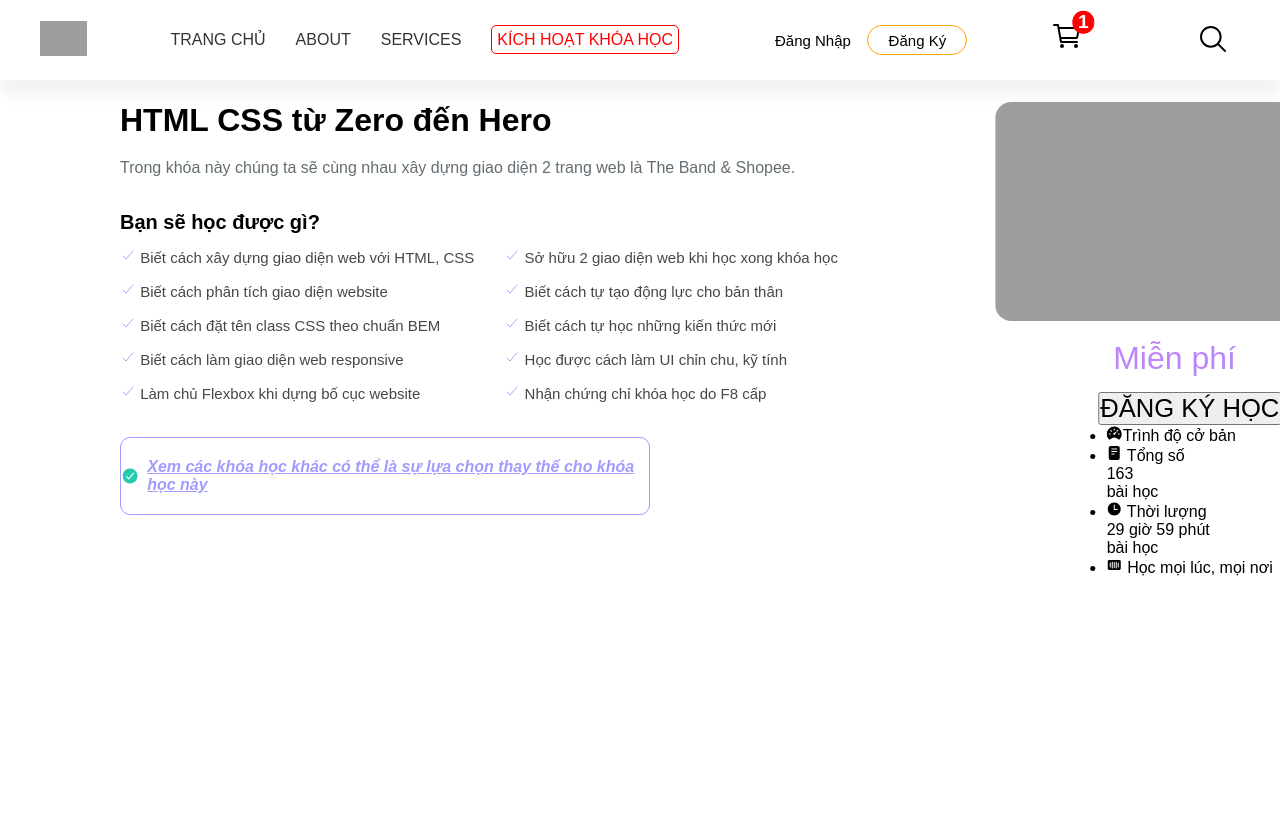
Repository: hoanghuuphuc/hoanghuuphuc
Page: details.html
An editor plug-in stored every save of this project. The page is shown before and after the next save, followed by the edit.
The browser window is 1280 px wide. The pictures show the whole page.
Pictures or frames that could not be fetched are drawn as grey boxes.

Above is the page before, as saved 2022-12-11 22:23:31.
Console error: TypeError: Cannot read properties of null (reading 'addEventListener')

### details.html
<!DOCTYPE html>
<html lang="en">
  <head>
    <meta charset="UTF-8" />
    <meta http-equiv="X-UA-Compatible" content="IE=edge" />
    <meta name="viewport" content="width=device-width, initial-scale=1.0" />
    <title>Product-Details</title>
    <link rel="stylesheet" href="./style.css" />
    <link rel="stylesheet" href="./rps_mobile.css" />
    <link rel="preconnect" href="https://fonts.gstatic.com" />
  </head>
  <body>
    <header>
      <div class="logo">
        <a href="">
          <img id="img" src="./Img/logene.jfif" alt="" />
        </a>
      </div>
      <div class="group">
        <ul class="navigation">
          <li><a href="">Trang Chủ</a></li>
          <li><a href="">About</a></li>
          <li><a href="">Services</a></li>
          <li><a id="active" href="">Kích Hoạt Khóa Học</a></li>
        </ul>
      </div>
      <div class="User">
        <div class="but">
          <button>Đăng Nhập</button>
          <button>Đăng Ký</button>
        </div>
      </div>
      <div class="icons">
        <ion-icon name="cart-outline"></ion-icon>
        <span>1</span>
      </div>
      <div class="search">
        <span class="icon">
          <ion-icon name="search-outline" class="searchBtn"></ion-icon>
          <ion-icon name="close-outline" class="closeBtn"></ion-icon>
        </span>
      </div>
      <ion-icon name="menu-outline" class="menuToggle"></ion-icon>
      <div class="searchBox">
        <input type="text" placeholder="Search here . . ." />
      </div>
    </header>
    <div class="details-section">
      <div class="details-left">
        <div class="details-left-name">
          <h1>HTML CSS từ Zero đến Hero</h1>
          <span
            >Trong khóa này chúng ta sẽ cùng nhau xây dựng giao diện 2 trang web
            là The Band & Shopee.</span
          >
        </div>
        <span class="bonus">Bạn sẽ học được gì?</span>
        <div class="details-left-content">
          <ul>
            <li>
              <ion-icon name="checkmark-outline"></ion-icon>
              Biết cách xây dựng giao diện web với HTML, CSS
            </li>
            <li>
              <ion-icon name="checkmark-outline"></ion-icon>
              Biết cách phân tích giao diện website
            </li>
            <li>
              <ion-icon name="checkmark-outline"></ion-icon>
              Biết cách đặt tên class CSS theo chuẩn BEM
            </li>
            <li>
              <ion-icon name="checkmark-outline"></ion-icon>
              Biết cách làm giao diện web responsive
            </li>
            <li>
              <ion-icon name="checkmark-outline"></ion-icon>
              Làm chủ Flexbox khi dựng bố cục website
            </li>
          </ul>
          <ul>
            <li>
              <ion-icon name="checkmark-outline"></ion-icon>
              Sở hữu 2 giao diện web khi học xong khóa học
            </li>
            <li>
              <ion-icon name="checkmark-outline"></ion-icon>
              Biết cách tự tạo động lực cho bản thân
            </li>
            <li>
              <ion-icon name="checkmark-outline"></ion-icon>
              Biết cách tự học những kiến thức mới
            </li>
            <li>
              <ion-icon name="checkmark-outline"></ion-icon>
              Học được cách làm UI chỉn chu, kỹ tính
            </li>
            <li>
              <ion-icon name="checkmark-outline"></ion-icon>
              Nhận chứng chỉ khóa học do F8 cấp
            </li>
          </ul>
        </div>
        <div class="details-left-tag">
          <ion-icon name="checkmark-circle"></ion-icon>
          <a href="#">
            Xem các khóa học khác có thể là sự lựa chọn thay thế cho khóa học
            này
          </a>
        </div>
      </div>
      <div class="details-right">
        <div class="details-right-video">
          <iframe
            width="389"
            height="219"
            src="https://www.youtube.com/embed/YTDHcEJs684"
            title="YouTube video player"
            frameborder="0"
            allow="accelerometer; autoplay; clipboard-write; encrypted-media; gyroscope; picture-in-picture"
            allowfullscreen></iframe>
        </div>
        <div class="details-right-content1">
          <span>Miễn phí</span>
          <button>ĐĂNG KÝ HỌC</button>
        </div>
        <div class="details-right-content2">
          <ul>
            <li>
              <ion-icon name="speedometer"></ion-icon
              ><span>Trình độ cở bản</span>
            </li>
            <li>
              <ion-icon name="reader"></ion-icon>
              <span
                >Tổng số
                <p>163</p>
                bài học</span
              >
            </li>
            <li>
              <ion-icon name="time"></ion-icon>
              <span
                ><span
                  >Thời lượng
                  <p>29 giờ 59 phút</p>
                  bài học</span
                ></span
              >
            </li>
            <li>
              <ion-icon name="barcode"></ion-icon
              ><span> Học mọi lúc, mọi nơi </span>
            </li>
          </ul>
        </div>
      </div>
    </div>

    <script src="./app.js"></script>
    <script
      type="module"
      src="https://unpkg.com/ionicons@5.5.2/dist/ionicons/ionicons.esm.js"></script>
    <script
      nomodule
      src="https://unpkg.com/ionicons@5.5.2/dist/ionicons/ionicons.js"></script>
  </body>
</html>

### style.css
* {
  margin: 0;
  padding: 0;
  box-sizing: border-box;
  font-family: "Poppins", sans-serif;
}
body {
  min-height: 100vh;
  overflow-x: hidden;
}
header {
  position: absolute;
  position: fixed;
  z-index: 100;
  top: 0;
  left: 0;
  width: 100%;
  height: 80px;
  background: #fff;
  padding: 20px 40px;
  display: flex;
  justify-content: space-between;
  align-items: center;
  box-shadow: 0px 15px 15px rgba(0, 0, 0, 0.05);
}
.logo img {
  height: 35px;
}
.group {
  display: flex;
  align-items: center;
}
header ul {
  position: relative;
  display: flex;
  gap: 30px;
}
header ul li {
  list-style: none;
}
header ul li a {
  position: relative;
  text-decoration: none;
  font-size: 1em;
  color: #333;
  text-transform: uppercase;
}
header ul li #active {
  border: 1px solid red;
  padding: 5px;
  color: red;
  border-radius: 5px;
}
header ul li a::before {
  content: "";
  position: absolute;
  bottom: -2px;
  width: 100%;
  height: 2px;
  background: #333;
  transform: scaleX(0);
  transition: transform 0.5s ease-in-out;
  transform-origin: right;
}
header ul li a:hover {
  opacity: 0.5;
}
header .User {
  display: flex;
  align-items: center;
}
header .User .but button:nth-child(1) {
  color: #000;
  font-size: 15px;
  height: 30px;
  width: 100px;
  outline: none;
  border: none;
  background: #fff;
}
header .User .but button:nth-child(2) {
  color: #000;
  font-size: 15px;
  height: 30px;
  width: 100px;
  border: 1px solid orange;
  background: #fff;
  border-radius: 15px;
}
header .User .but button:hover {
  opacity: 0.5;
}
header .icons {
  font-size: 2em;
  position: relative;
}
header .icons span {
  position: absolute;
  top: 0%;
  right: 0%;
  line-height: 5%;
  margin-bottom: 50px;
  font-size: 60%;
  color: #fff;
  border: 1px solid red;
  background: red;
  padding: 10px 5px 10px 5px;
  text-align: center;
  font-family: Arial, Helvetica, sans-serif;
  transform: translateX(50%) translateY(-40%);
  border-radius: 100%;
  font-weight: bold;
}
header .search {
  position: relative;
  display: flex;
  justify-content: center;
  align-items: center;
  font-size: 2em;
  z-index: 10;
  cursor: pointer;
}
.searchBox {
  position: absolute;
  right: -100%;
  width: 100%;
  height: 100%;
  display: flex;
  background: #fff;
  align-items: center;
  padding: 0 30px;
  transition: 0.5s ease-in-out;
}
.searchBox.active {
  right: 0;
}
.searchBox input {
  width: 100%;
  border: none;
  outline: none;
  height: 50px;
  color: #333;
  font-size: 1.25em;
  background: #fff;
  border-bottom: 1px solid rgba(0, 0, 0, 0.5);
}
.searchBtn {
  position: relative;
  left: 30px;
  top: 2.5px;
  transition: 0.5s ease-in-out;
}
.searchBtn.active {
  left: 0;
}
.closeBtn {
  opacity: 0;
  visibility: hidden;
  transition: 0.5s;
  scale: 0;
}
.closeBtn.active {
  opacity: 1;
  visibility: visible;
  transition: 0.5s;
  scale: 1;
}
.menuToggle {
  position: relative;
  display: none;
  left: 0;
}
.banner img {
  background-repeat: no-repeat;
  background-size: cover;
  margin-top: 4%;
}
.content {
  display: flex;
  flex-direction: row;
  margin-top: 50px;
  user-select: none;
  justify-content: center;
}
.content .content-1 {
  background-color: black;
  height: 2px;
  width: 200px;
}
.content .content-2 {
  font-size: 30px;
  font-family: "Segoe UI", Tahoma, Geneva, Verdana, sans-serif;
  font-weight: 600;
  padding: 10px;
  margin-top: -32px;
}
.content .content-3 {
  background-color: black;
  height: 2px;
  width: 200px;
}
.boxs {
  display: flex;
  justify-content: center;
  flex-wrap: wrap;
}
.box {
  margin-top: 10px;
  padding: 20px;
  margin: 10px;
  background: #f0f0f0;
  border-radius: 15px;
}
.box-image img {
  height: 250px;
  border-radius: 5%;
}
.box-content .box-name {
  display: flex;
  justify-content: center;
  align-items: center;
  padding: 10px;
}
.box-content .box-name span {
  font-weight: 700;
  margin-right: 5px;
  font-size: 20px;
  font-family: "Segoe UI", Tahoma, Geneva, Verdana, sans-serif;
  overflow: hidden;
  text-overflow: ellipsis;
  white-space: nowrap;
  width: 200px;
  text-align: center;
}
.box-content .box-price {
  display: flex;
  flex-direction: column;
  justify-content: center;
  padding: 5px 10px 10px 10px;
}
.box-content .box-price .price {
  padding: 0px 10px 10px 10px;
}
.price {
  overflow: hidden;
  text-overflow: ellipsis;
  white-space: nowrap;
  width: 210px;
}
.box-content .box-price .price span {
  font-size: 18px;
  font-weight: 500;
}
.box-content .box-price .price a {
  font-weight: 600;
}
.sale {
  overflow: hidden;
  text-overflow: ellipsis;
  white-space: nowrap;
  width: 210px;
}
.box-content .box-price .sale {
  padding: 0px 10px 0px 10px;
}
.box-content .box-price .sale span {
  font-size: 18px;
}
.box-content .box-price .sale a {
  font-size: 18px;
  color: red;
  font-weight: bold;
  text-decoration: none;
}
.box-btn {
  display: flex;
  justify-content: space-between;
  align-items: center;
  border-top: 1px solid #c0c0c0;
}
.box-btn button {
  padding: 5px 20px;
  font-size: 16px;
  font-weight: 500;
  font-family: "Lucida Sans", "Lucida Sans Regular", "Lucida Grande",
    "Lucida Sans Unicode", Geneva, Verdana, sans-serif;
  color: orangered;
  border: 1px solid orangered;
  border-radius: 5px;
  margin-top: 15px;
}
.box-btn button:hover {
  opacity: 0.5;
}
.box-btn ion-icon {
  font-size: 25px;
  font-weight: 500;
  color: orangered;
  margin-top: 15px;
  font-weight: 300;
}
.box-btn ion-icon:hover {
  opacity: 0.5;
}
.title {
  padding: 20px 0px 20px 150px;
}
.title span {
  font-size: 18px;
}
.tabs {
  display: flex;
  justify-content: flex-start;
  padding: 10px 150px 0px 150px;
  flex-wrap: wrap;
}
.tabs .tab-item {
  margin: 0px 0px 0px 5px;
}
.tabs .line {
  position: absolute;
  left: 0;
  bottom: 0;
  width: 0;
  height: 6px;
  border-radius: 15px;
  transition: all 0.2s ease;
}
.tab-item {
  min-width: 80px;
  padding: 5px 10px;
  font-size: 20px;
  text-align: center;
  color: #181821;
  background-color: #dee1e2;
  border-top-left-radius: 5px;
  border-top-right-radius: 5px;
  border-bottom: 5px solid transparent;
  opacity: 0.6;
  cursor: pointer;
  transition: all 0.5s ease;
  display: flex;
  justify-content: center;
  align-items: center;
  border-bottom: 2px solid #000;
}
.tab-icon {
  font-size: 24px;
  position: relative;
}
.tab-item:hover {
  opacity: 1;
  background-color: rgba(194, 53, 100, 0.05);
  border-color: rgba(194, 53, 100, 0.1);
}
.tab-item.active {
  opacity: 1;
  color: #ff4500;
  font-weight: 500;
  border-bottom: 2px solid #ff4500;
}
.tab-content {
  padding: 28px 0px 0px 150px;
}
.tab-pane {
  color: #333;
  display: none;
}
.tab-pane.active {
  display: block;
}
.tab-pane h2 {
  font-size: 24px;
  margin-bottom: 8px;
}
.boxeds {
  display: flex;
  flex-wrap: wrap;
}
.boxed {
  margin-top: 10px;
  padding: 20px;
  margin: 20px 20px 10px 0px;
  background: #f0f0f0;
  border-radius: 15px;
}
.boxed-image img {
  height: 250px;
  width: auto;
  border-radius: 10px;
  overflow: hidden;
  object-fit: cover;
}
.boxed-content .boxed-content-name {
  display: flex;
  justify-content: center;
  align-items: center;
  padding: 10px;
}
.boxed-content-name span {
  font-weight: 600;
  margin-right: 5px;
  font-size: 20px;
  font-family: "Segoe UI", Tahoma, Geneva, Verdana, sans-serif;
  overflow: hidden;
  text-overflow: ellipsis;
  white-space: nowrap;
  width: 200px;
  text-align: center;
  font-weight: 700;
}
.boxed-content-price {
  padding: 5px 10px 10px 10px;
}
.boxed-content-price1 span {
  font-size: 18px;
  font-weight: 500;
}
.boxed-content-price1 a {
  font-weight: 600;
}
.boxed-content-sale {
  padding: 10px 10px 10px 0px;
}
.boxed-content-sale span {
  font-size: 18px;
  font-weight: 500;
}
.boxed-content-sale a {
  font-weight: 600;
  color: red;
}
.boxed-content-btn {
  display: flex;
  justify-content: space-between;
  align-items: center;
  border-top: 1px solid #c0c0c0;
}
.boxed-content-btn button {
  padding: 5px 20px;
  font-size: 16px;
  font-weight: 500;
  font-family: "Lucida Sans", "Lucida Sans Regular", "Lucida Grande",
    "Lucida Sans Unicode", Geneva, Verdana, sans-serif;
  color: orangered;
  border: 1px solid orangered;
  border-radius: 5px;
  margin-top: 15px;
}
.boxed-content-btn button:hover {
  opacity: 0.5;
}
.boxed-content-btn ion-icon {
  font-size: 25px;
  font-weight: 500;
  color: orangered;
  margin-top: 15px;
  font-weight: 300;
}
.boxed-content-btn ion-icon:hover {
  opacity: 0.5;
}
footer {
  background: #181821;
  display: flex;
  justify-content: space-around;
  padding: 100px;
}
.footer-one a {
  font-size: 25px;
  padding: 5px;
  color: #fff;
  font-weight: 600;
}
.footer-one ul li {
  color: #a9b3bb;
  list-style: none;
  padding: 5px;
  font-size: 16px;
}
.footer-one span {
  font-style: italic;
}
.footer-two span {
  font-size: 25px;
  padding: 5px;
  color: #fff;
  font-weight: 600;
}
.footer-two ul li {
  color: #a9b3bb;
  list-style: none;
  padding: 5px;
  font-size: 16px;
}
.footer-three span {
  font-size: 25px;
  padding: 5px;
  color: #fff;
  font-weight: 600;
}
.footer-three ul li {
  color: #a9b3bb;
  list-style: none;
  padding: 5px;
  font-size: 16px;
}
.footers {
  display: flex;
  justify-content: space-around;
  background: #181821;
  padding: 10px;
  border-top: 2px solid #333;
  align-items: center;
}
.footers-text {
  color: #a9b3bb;
  font-size: 16px;
}
.footers-media img {
  width: auto;
  height: 40px;
  object-fit: cover;
  padding: 5px;
}
/* Css của form login */
.container {
  display: flex;
  justify-content: center;
  flex-direction: column;
  align-items: center;
  min-height: 100vh;
}
.form-login {
  border: 1px solid #999;
  padding: 50px 50px 30px 50px;
  width: 400px;
}
.form-login-input {
  margin: 15px 0;
}
.form-login-image {
  display: flex;
  justify-content: center;
  margin-bottom: 50px;
}
.form-input {
  border: 1px solid #999;
  border-radius: 4px;
  width: 100%;
  height: 50px;
  padding: 0 20px;
  transition: 0.25s ease;
  outline: none;
}
.form-input:focus {
  border-color: #ff4500;
}
.form-login-input {
  position: relative;
}
.form-label {
  position: absolute;
  top: 50%;
  transform: translateY(-50%);
  left: 21px;
  user-select: none;
  color: #999;
  pointer-events: none;
  transition: 0.25s ease;
}
.form-input:not(:placeholder-shown) + .form-label,
.form-input:focus + .form-label {
  top: 0;
  left: 11px;
  padding: 0 10px;
  display: inline-block;
  background-color: #fff;
  color: #ff4500;
  font-weight: 500;
  font-size: 14px;
}
.form-login-input .fa-regular {
  position: absolute;
  left: 90%;
  top: 18px;
  cursor: pointer;
}
.form-login-input .hidden {
  display: none;
}
.remember {
  display: flex;
  align-items: center;
}
.remember span {
  color: #999;
  margin-left: 10px;
}
.btn-login button {
  margin-top: 10px;
  width: 100%;
  padding: 8px;
  font-weight: 600;
  font-style: 20px;
  transition: 0.25s ease;
  font-family: "Segoe UI", Tahoma, Geneva, Verdana, sans-serif;
}
.btn-login button:hover {
  opacity: 0.5;
}
.or {
  display: flex;
  flex-direction: row;
  margin-top: 20px;
  user-select: none;
  justify-content: center;
}
.or-left {
  background-color: #999;
  height: 1px;
  width: 45%;
}
.or-center {
  font-family: "Segoe UI", Tahoma, Geneva, Verdana, sans-serif;
  font-weight: 600;
  padding: 10px;
  margin-top: -22px;
  color: #999;
}
.or-right {
  background-color: #999;
  height: 1px;
  width: 45%;
}
.forgot {
  padding-top: 20px;
  display: flex;
  justify-content: flex-end;
}
.forgot a {
  text-decoration: none;
  font-weight: 500;
  color: rgb(0, 149, 246);
}
.logins {
  display: grid;
  grid-template-columns: 1fr 3fr;
  align-items: center;
  padding: 0 10px;
}
.logins a {
  text-decoration: none;
}
.logins span {
  color: #333;
  padding-left: 10%;
  font-weight: 600;
  font-family: "Segoe UI", Tahoma, Geneva, Verdana, sans-serif;
}
.logins img {
  height: 30px;
  margin-left: 10px;
  transform: translateX(100%);
}
.login-facebook {
  margin-bottom: 10px;
}
.form-login-2 {
  border: 1px solid #999;
  padding: 20px 60px;
  margin-top: 10px;
}
.form-login-2 span a {
  text-decoration: none;
  font-weight: 600;
  color: rgb(0, 149, 246);
  font-family: "Segoe UI", Tahoma, Geneva, Verdana, sans-serif;
}
/* Css của trang chi tiết */
.details-section {
  margin-top: 8%;
  display: grid;
  grid-template-columns: 3fr 1fr;
  padding: 0 120px;
}
.details-left {
}
.details-left-name {
  margin-bottom: 20px;
}
.details-left-name h1 {
  margin-bottom: 20px;
}
.details-left-name span {
  font-weight: 300;
  color: #636e72;
}
.details-section .bonus {
  font-weight: 600;
  font-size: 20px;
  line-height: 50px;
}
.details-left-content {
  display: flex;
  flex-wrap: wrap;
  justify-content: flex-start;
  align-items: center;
}
.details-left-content ul li {
  list-style: none;
  margin-bottom: 15px;
  padding-left: 0;
  margin-right: 30px;
  font-size: 15px;
  color: #333;
  font-weight: 300;
  opacity: 0.9;
}
.details-left-content ul li ion-icon {
  color: #a29bfe;
  font-weight: bold;
  font-size: 16px;
}
.details-left-tag {
  margin-top: 20px;
  display: flex;
  align-items: center;
  justify-content: center;
  border: 1px solid #a29bfe;
  width: 68%;
  padding: 20px 0px;
  border-radius: 10px;
}
.details-left-tag ion-icon {
  margin-right: 8px;
  color: #22caaf;
  font-size: 20px;
}
.details-left-tag a {
  font-weight: 600;
  font-style: italic;
  color: #a29bfe;
  text-decoration: none;
  text-decoration-line: underline;
}
.details-right {
  display: flex;
  flex-direction: column;
  align-items: center;
  position: fixed;
  transform: translateX(225%);
}
.details-right-video iframe {
  border-radius: 16px;
}
.details-right-content1 {
  display: flex;
  flex-direction: column;
}
.details-right-content1 span {
  margin: 15px;
  font-size: 32px;
  user-select: none;
  color: #bb86fc !important;
}
.details-right-content1 button {
  font-size: 1.6rem;
}
.details-right-content2 {
}

### app.js
let searchBtn = document.querySelector(".searchBtn");
let closeBtn = document.querySelector(".closeBtn");
let searchBox = document.querySelector(".searchBox");
let navigation = document.querySelector(".navigation");
let menuToggle = document.querySelector(".menuToggle");
let header = document.querySelector("header");
searchBtn.onclick = function () {
  searchBox.classList.add("active");
  closeBtn.classList.add("active");
  searchBtn.classList.add("active");
  menuToggle.classList.add("hide");
  header.classList.remove("open");
};
closeBtn.onclick = function () {
  searchBox.classList.remove("active");
  closeBtn.classList.remove("active");
  searchBtn.classList.remove("active");
  menuToggle.classList.remove("hide");
};
menuToggle.onclick = function () {
  header.classList.toggle("open");
  searchBox.classList.remove("active");
  closeBtn.classList.remove("active");
  searchBtn.classList.remove("active");
};
const $ = document.querySelector.bind(document);
const $$ = document.querySelectorAll.bind(document);

const tabs = $$(".tab-item");
const panes = $$(".tab-pane");

const tabActive = $(".tab-item.active");
const line = $(".tabs .line");

// SonDN fixed - Active size wrong size on first load.
// Original post: https://www.facebook.com/groups/649972919142215/?multi_permalinks=1175881616551340
requestIdleCallback(function () {
  line.style.left = tabActive.offsetLeft + "px";
  line.style.width = tabActive.offsetWidth + "px";
});

tabs.forEach((tab, index) => {
  const pane = panes[index];

  tab.onclick = function () {
    $(".tab-item.active").classList.remove("active");
    $(".tab-pane.active").classList.remove("active");

    line.style.left = this.offsetLeft + "px";
    line.style.width = this.offsetWidth + "px";

    this.classList.add("active");
    pane.classList.add("active");
  };
});
const input = document.querySelector(".form-input");
const eyeOpen = document.querySelector(".eye-open");
const eyeClose = document.querySelector(".eye-close");
eyeOpen.addEventListener("click", function () {
  eyeOpen.classList.add("hidden");
  eyeClose.classList.remove("hidden");
  input.setAttribute("type", "password");
});
eyeClose.addEventListener("click", function () {
  eyeOpen.classList.remove("hidden");
  eyeClose.classList.add("hidden");
  input.setAttribute("type", "text");
});

Loaded but not shown: css/rps_mobile.css (no copy from this time; the picture is the same without it)

After the next save:
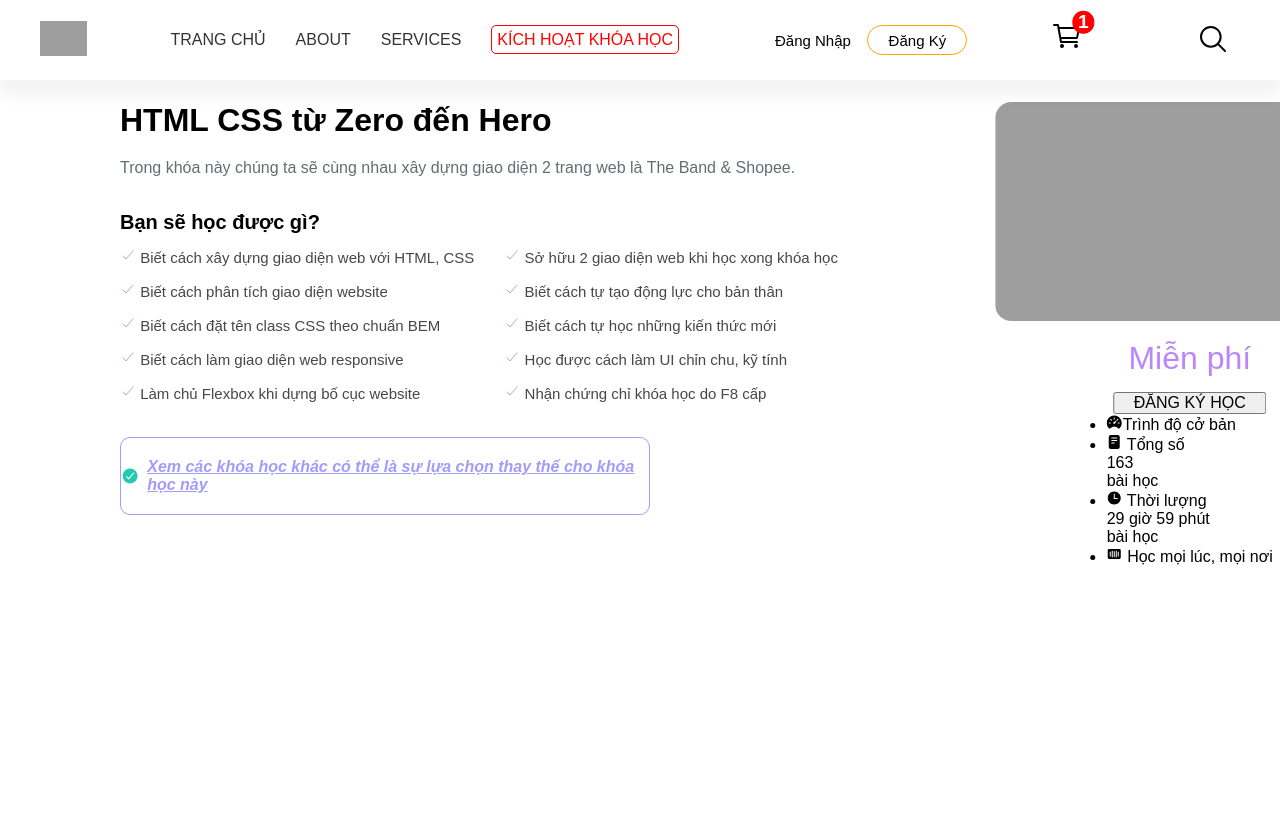
Saved 11 s later.
--- a/style.css
+++ b/style.css
@@ -765,7 +765,7 @@ footer {
   color: #bb86fc !important;
 }
 .details-right-content1 button {
-  font-size: 1.6rem;
+  font-size: 1rem;
 }
 .details-right-content2 {
 }
